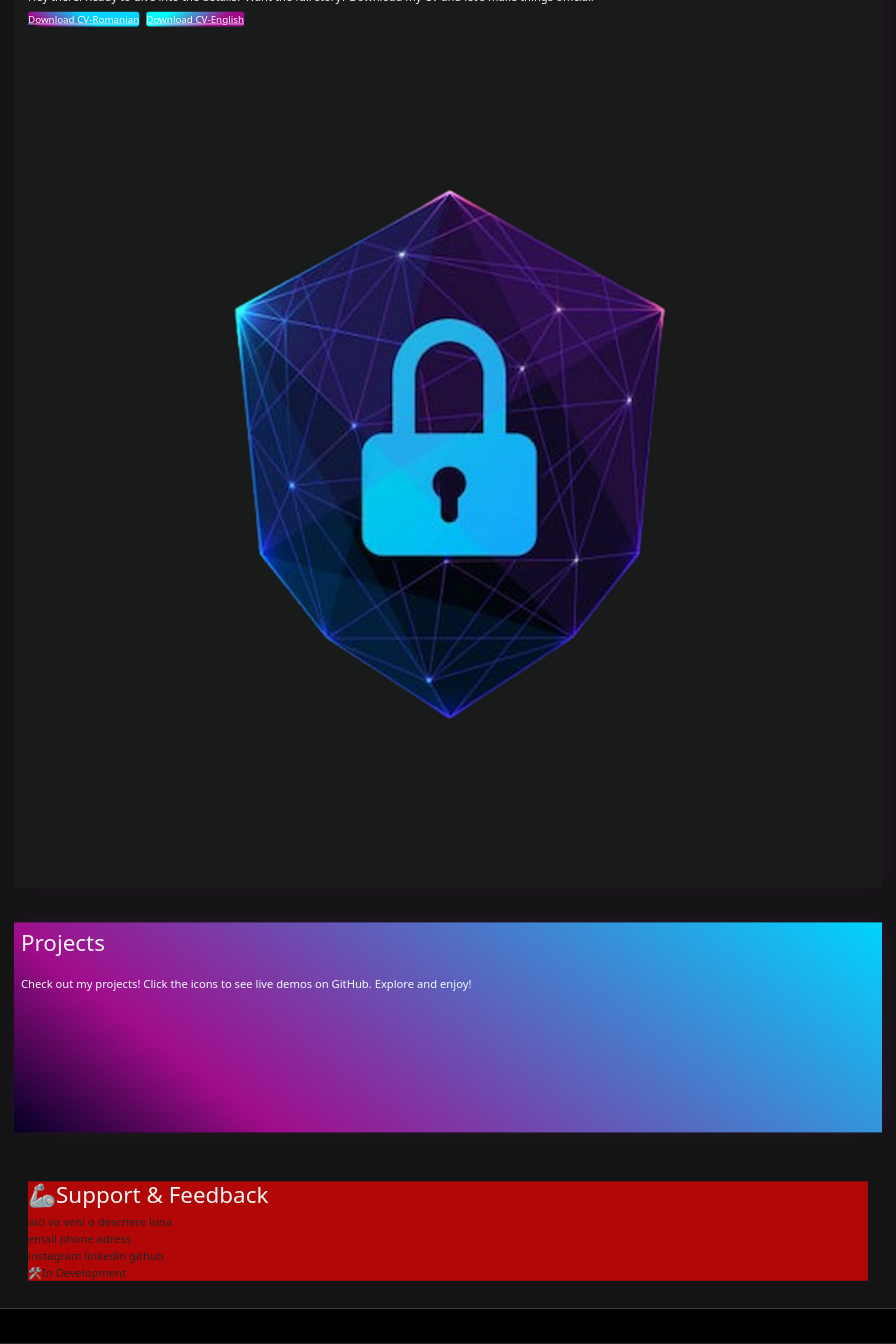
Repository: Sebastiand22/portfolio
Page: index.html
These files come from the project's save history. The page is drawn as it stood at one moment and after the next save; the edit follows.
The browser window is 1280 px wide. The pictures show the part of the page from y = 1904 to 3824 px (the page is 3824 px tall before and 3774 px after), at 70% of full size.

Above is the page before, as saved 2024-09-15 17:34:49.

After the next save:
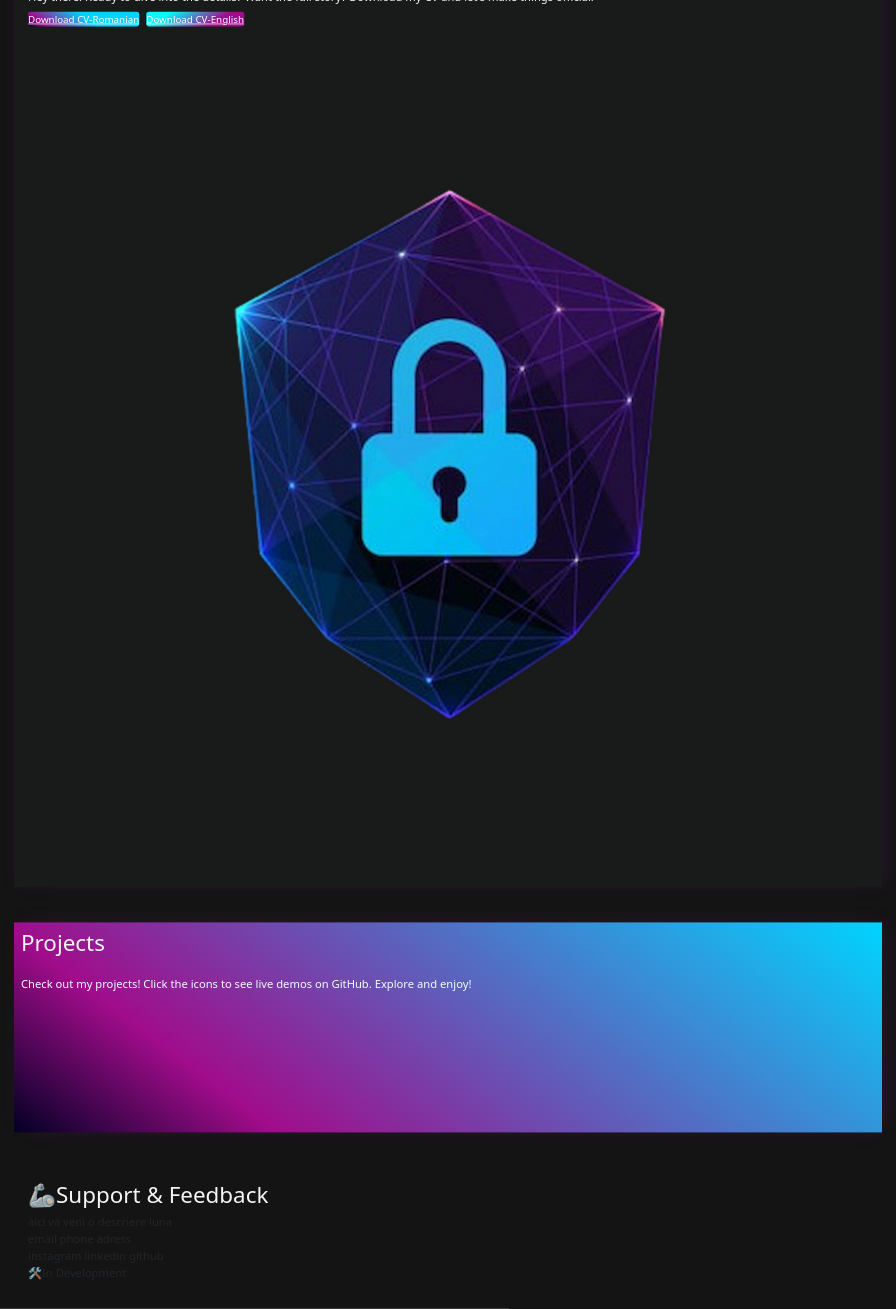
Saved 21 s later.
--- a/index.css
+++ b/index.css
@@ -351,12 +351,7 @@
   flex-direction: column;
 }
 
-.footer-section {
-  display: flex;
-  flex-direction: column;
-  gap: 20px;
-  overflow: hidden;
-  background-color:rgb(178, 7, 7)
+
 }
 .black-footer{background-color: black;
 width: 100%;

After the save that followed:
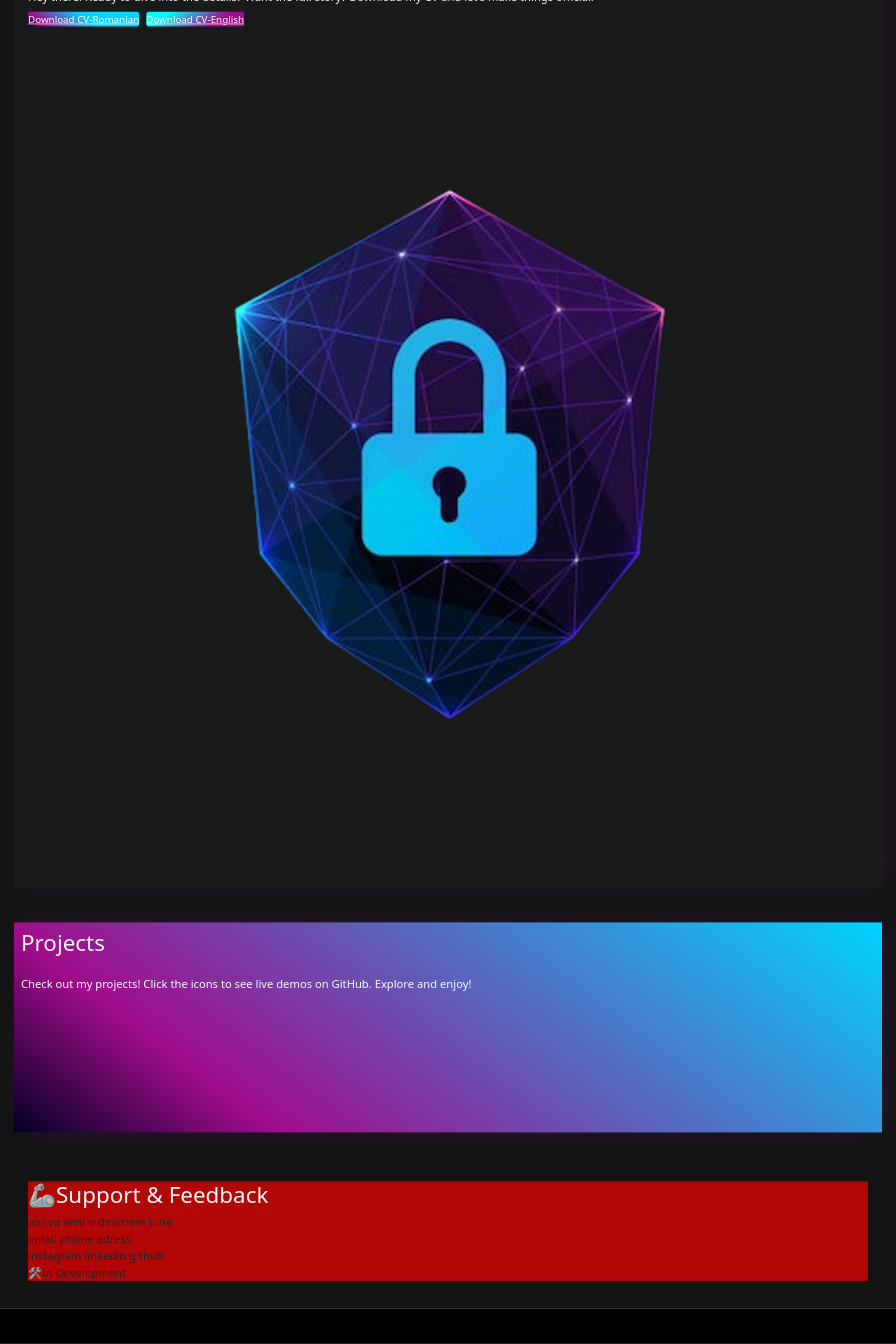
Saved 7 s later.
--- a/index.css
+++ b/index.css
@@ -351,7 +351,12 @@
   flex-direction: column;
 }
 
-
+.footer-section {
+  display: flex;
+  flex-direction: column;
+  gap: 20px;
+  overflow: hidden;
+  background-color:rgb(178, 7, 7)
 }
 .black-footer{background-color: black;
 width: 100%;
